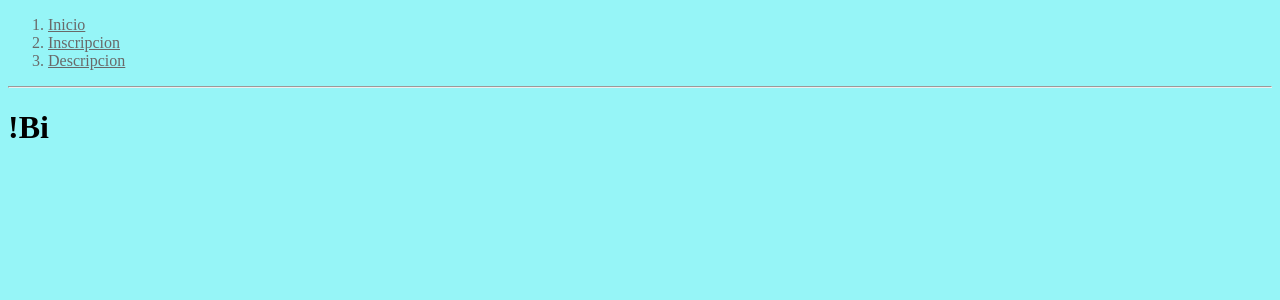
Repository: Arito05/Mi-primer-Repositorio
Page: nuevo/inicio.html
The author's editor kept a copy of each file at every save. The page is drawn from the files as they stood at one save, then again after the next save.
The browser window is 1280 px wide. The pictures show the whole page.

Above is the page before, as saved 2024-07-20 11:23:43.

After the next save:
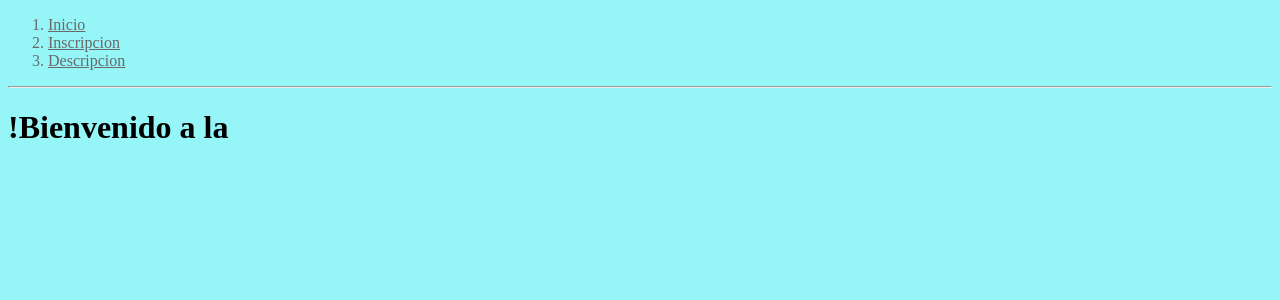
Saved 9 s later.
--- a/nuevo/inicio.html
+++ b/nuevo/inicio.html
@@ -20,6 +20,6 @@
     </ol>
     <hr style="color: white" />
 
-    <h1>!Bi</h1>
+    <h1>!Bienvenido a la </h1>
   </body>
 </html>
